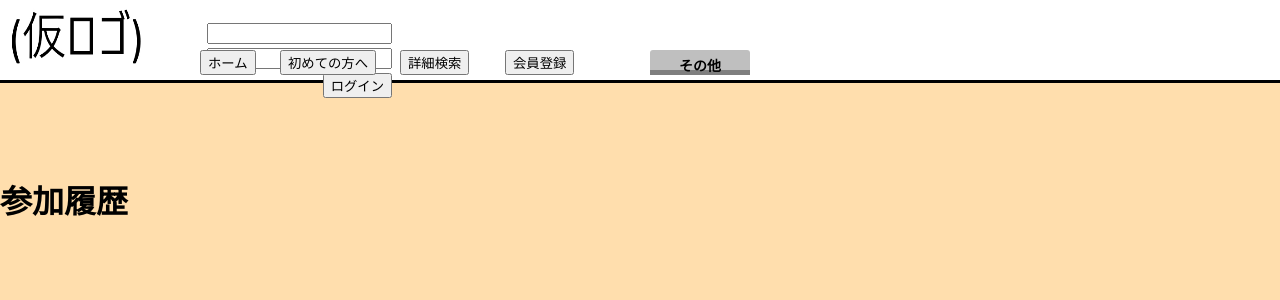
Repository: k0816/backup-master
Page: http://localhost/cycle/partyJoinHistory.jsp
An editor plug-in stored every save of this project. The page is shown before and after the next save, followed by the edit.
The browser window is 1280 px wide. The pictures show the whole page.
The page is served by Tomcat 9.

Above is the page before, as saved 2018-01-19 07:45:29.

After the next save:
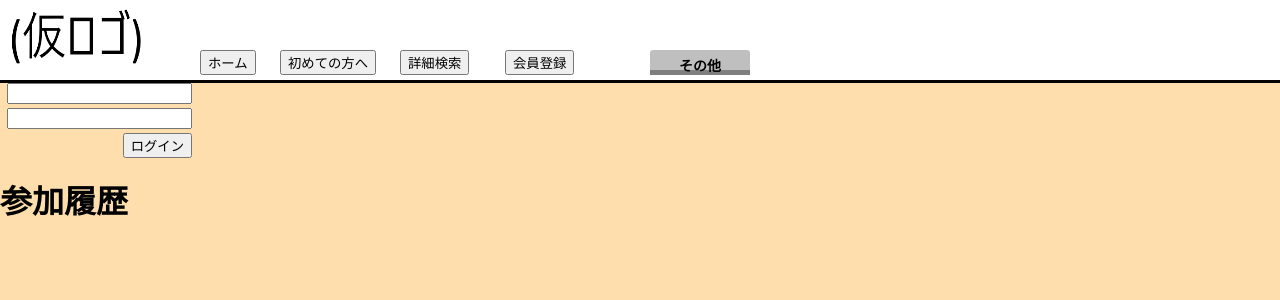
Saved 2 min 13 s later.
--- a/cycle/WebContent/include.jsp
+++ b/cycle/WebContent/include.jsp
@@ -21,6 +21,20 @@
 	/* position: fixed; */
 }
 
+#address{position: absolute;
+	left: 200px;
+	top: 20px;
+}
+
+}
+#login{
+
+}
+#login{
+
+}
+
+
 #welcome {
 	position: absolute;
 	left: 200px;
@@ -161,6 +175,7 @@
 			<s:if test="#session.loginUser != null">
 ようこそ！<s:property value="#session.loginUser.getUserName()" escape="false" />様！
             </s:if>
+            </div>
             <s:else>
             <s:form action="LoginAction">
 				<div id="address"><s:textfield name="loginAddress"/></div>
@@ -170,8 +185,6 @@
 				<div id="login"><s:submit value="ログイン"/></div>
 			</s:form>
             </s:else>
-
-		</div>
 	<div class="botan">
 			<div id="home">
 				<form action="GoHomeAction">

After the 5 saves that followed:
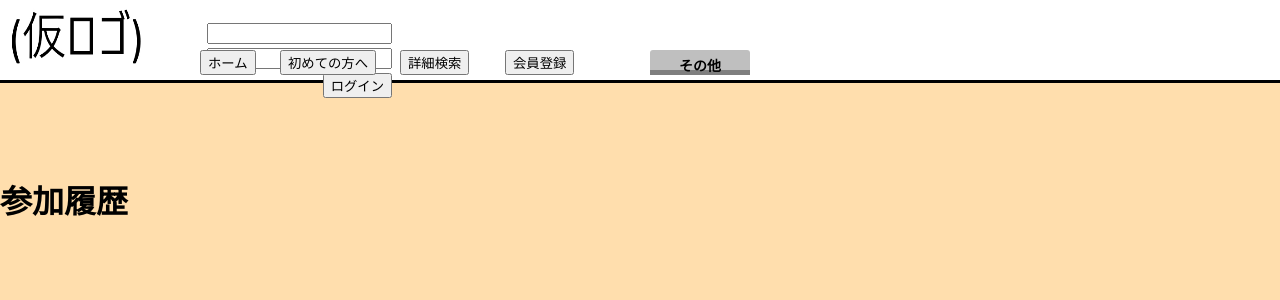
The 5 saves are shown as one change because 4 left the picture as it was.
The last was saved 4 min 6 s later.
--- a/cycle/WebContent/include.jsp
+++ b/cycle/WebContent/include.jsp
@@ -21,20 +21,6 @@
 	/* position: fixed; */
 }
 
-#address{position: absolute;
-	left: 200px;
-	top: 20px;
-}
-
-}
-#login{
-
-}
-#login{
-
-}
-
-
 #welcome {
 	position: absolute;
 	left: 200px;
@@ -175,7 +161,6 @@
 			<s:if test="#session.loginUser != null">
 ようこそ！<s:property value="#session.loginUser.getUserName()" escape="false" />様！
             </s:if>
-            </div>
             <s:else>
             <s:form action="LoginAction">
 				<div id="address"><s:textfield name="loginAddress"/></div>
@@ -185,6 +170,7 @@
 				<div id="login"><s:submit value="ログイン"/></div>
 			</s:form>
             </s:else>
+            </div>
 	<div class="botan">
 			<div id="home">
 				<form action="GoHomeAction">
